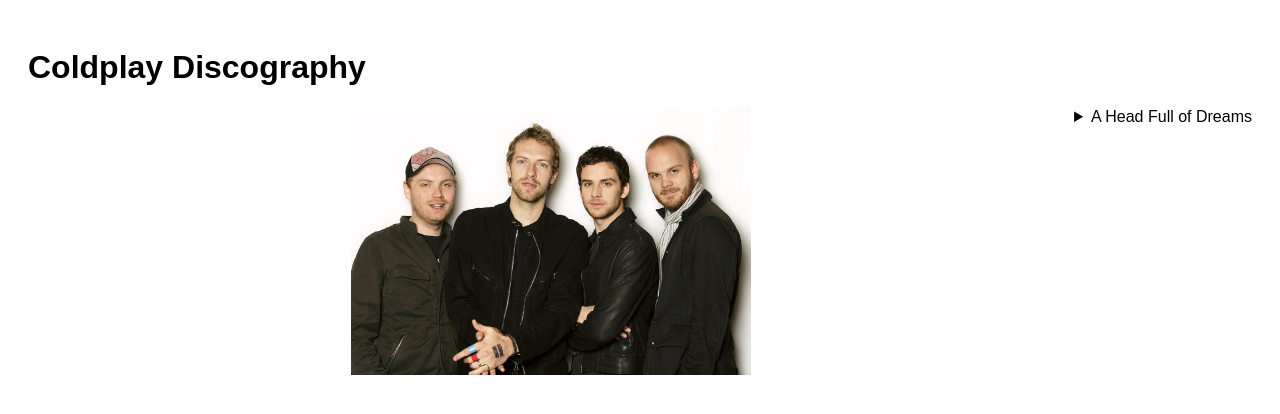
Repository: MelissaJacobi/Frontend-lab-1
Page: /
These files come from the project's save history. The page is drawn as it stood at one moment and after the next save; the edit follows.
The browser window is 1280 px wide. The pictures show the whole page.
The project was rebuilt for these pictures with package versions that can differ from the ones it lists, and the page was loaded fresh each time. Also part of the build but not shown: vite.config.js, src/Components/Accordion.jsx.

Above is the page before, as saved 2024-09-14 15:55:47.

### src/App.jsx
import React from 'react';
import './index.css';
import Accordion from './Components/Accordion';

function App() {
  return (
    <div className="app">
      <h1>Coldplay Discography</h1>
      <div className='content'>
        <img className="band-img" src="/public/Coldplay-All-Members.jpg" alt="coldplay members"></img>
        <details>
          <summary>A Head Full of Dreams</summary>
            <p>A Head Full of Dreams</p>
            <p>Birds</p>
            <p>Hymn For the Weekend</p>
            <p>Everglow</p>
            <p>Adventure of a Lifetime</p>
            <p>Fun</p>
            <p>keleidoscope</p>
            <p>Army of One</p>
            <p>Amazing day</p>
            <p>Color Spectrum</p>
            <p>Up&Up</p>
            <p>Something just like this</p>
          </details>
      </div>
    </div>
  );
}

export default App;

### src/index.css
.app {
  font-family: sans-serif;
  padding: 20px;
}

.accordion {
  width: 100%;
  max-width: 600px;
  margin: 0 auto;
}

.band-img {
  width: 400px;
  height: 100%;
  margin: 0 auto;
}

.accordion-item {
  margin-bottom: 10px;
}

.accordion-header {
  padding: 10px;
  display: flex;
  justify-content: space-between;
  background-color: #f0f0f0;
}

.accordion-content {
  padding: 10px;
  background-color: #fff;
}

.accordion-header:hover {
  background-color: #e0e0e0;
}

.content {
  display: flex;
  justify-content: center;
}

Loaded but not shown: index.html (common file); src/main.jsx (common file)

After the next save:
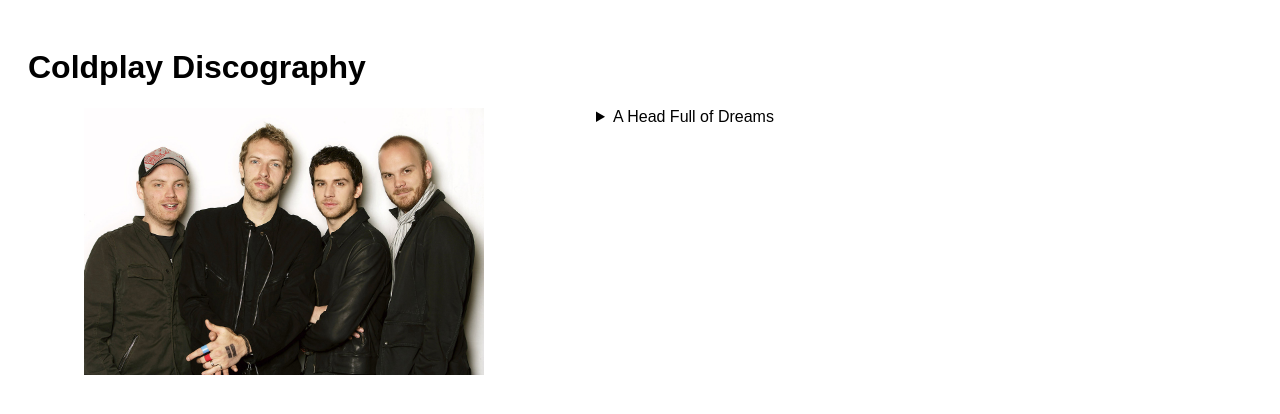
Saved 47 s later.
--- a/src/App.jsx
+++ b/src/App.jsx
@@ -1,6 +1,5 @@
 import React from 'react';
 import './index.css';
-import Accordion from './Components/Accordion';
 
 function App() {
   return (
@@ -8,7 +7,7 @@
       <h1>Coldplay Discography</h1>
       <div className='content'>
         <img className="band-img" src="/public/Coldplay-All-Members.jpg" alt="coldplay members"></img>
-        <details>
+        <details className="accordion">
           <summary>A Head Full of Dreams</summary>
             <p>A Head Full of Dreams</p>
             <p>Birds</p>
